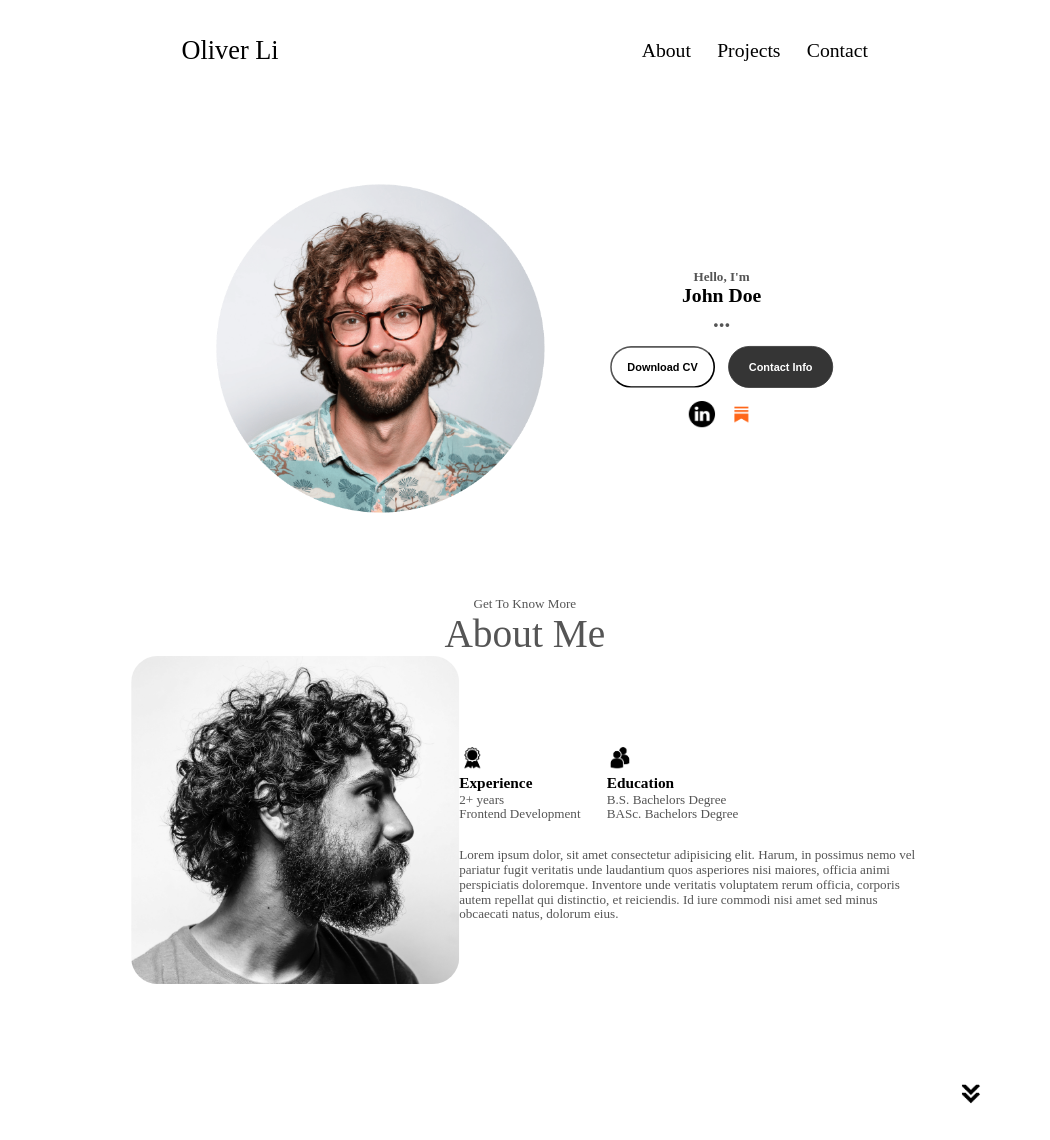
Repository: oliverli1728/portfolio
Page: index.html
The author's editor kept a copy of each file at every save. The page is drawn from the files as they stood at one save, then again after the next save.
The browser window is 1280 px wide. The pictures show the whole page, at 82% of full size.
Some web fonts or font styles are not loaded; a fallback is used.

Above is the page before, as saved 2025-09-25 21:59:03.

After the next save:
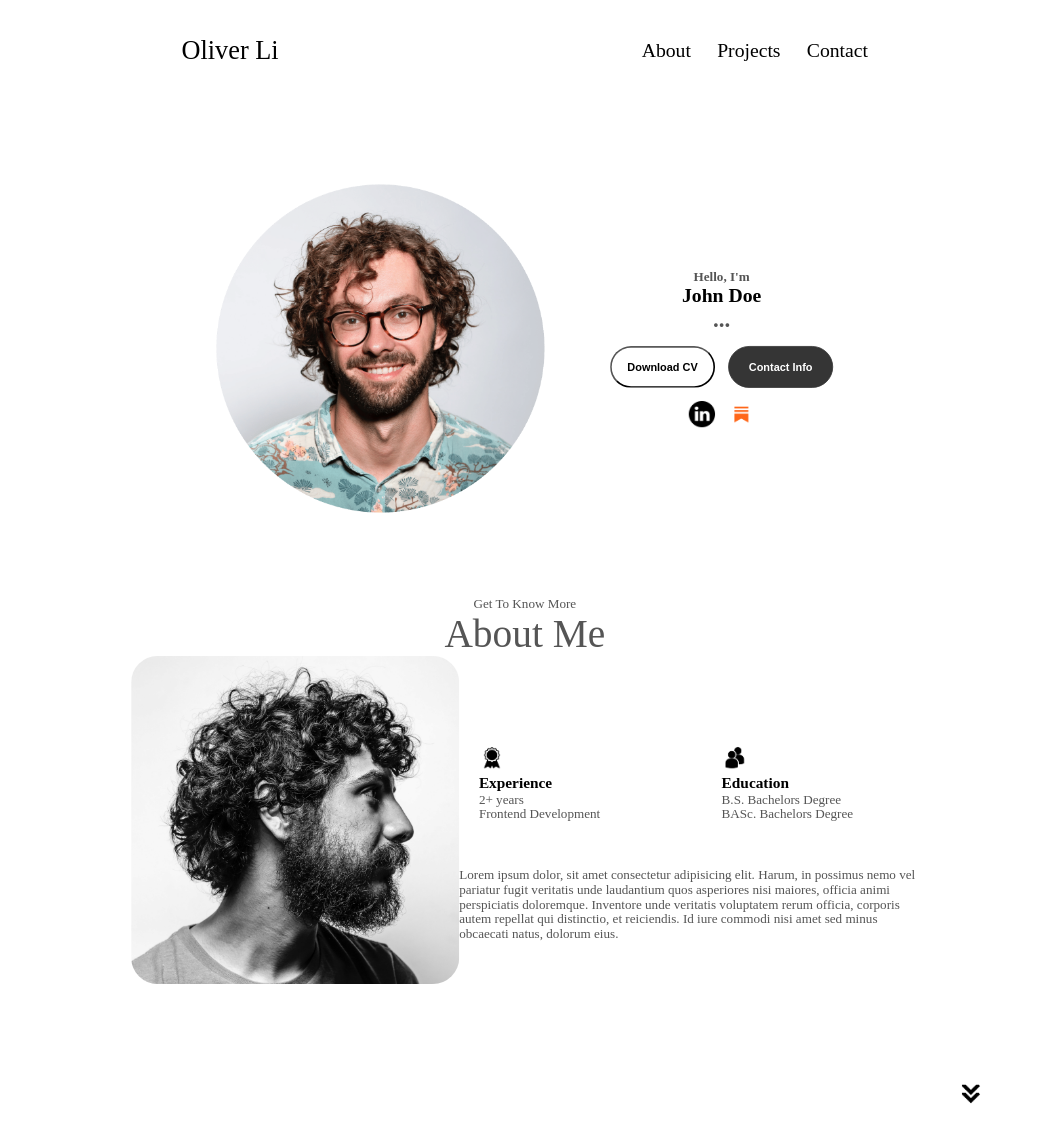
Saved 53 s later.
--- a/style.css
+++ b/style.css
@@ -296,3 +296,11 @@ section {
     right: -5rem;
     bottom: 2.5rem;
 }
+
+.details-container {
+    padding: 1.5rem;
+    flex: 1;
+    background: white;
+    border-radius: 2rem;
+    border: rgb(53,53,53)
+}
